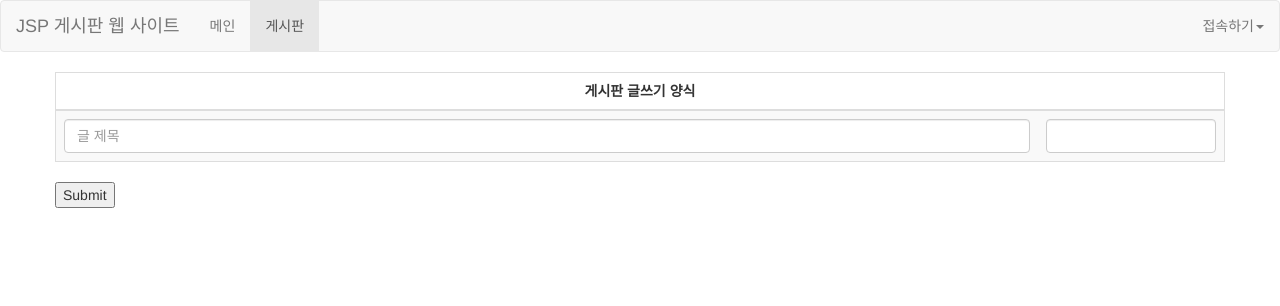
Repository: Jeongyounghyeon/JSP_board
Page: http://localhost/BBS/write.jsp
These files come from the project's save history. The page is drawn as it stood at one moment and after the next save; the edit follows.
The browser window is 1280 px wide. The pictures show the whole page.
Some web libraries are served in a nearby version. The page is served by Tomcat 9. Other server files are loaded and not shown.

Above is the page before, as saved 2022-04-06 13:04:44.

### projects/BBS/src/main/webapp/write.jsp
<%@ page language="java" contentType="text/html; charset=UTF-8"
    pageEncoding="UTF-8"%>
    <%@ page import = "java.io.PrintWriter" %>
<!DOCTYPE html>
<html>
<head>
<meta charset="UTF-8">
<meta name = "viewport" content = "width=device-width", initial-scale = "1">
<link rel = "stylesheet" href = "css/bootstrap.min.css">
<title>JSP 게시판 웹 사이트</title>
</head>
<body>
	<%
		String userID = null;
		if(session.getAttribute("userID") != null) {
			userID = (String) session.getAttribute("userID");
		}
	%>
	<nav class = "navbar navbar-default">
		<div class = "navbar-header">
			<button type = "button" class = "navbar-toggle collapsed"
				data-toggle = "collapse" data-target = "#bs-example-navbar-collapse-1"
				aria-expanded = "false">
				<span class = "icon-bar"></span>
				<span class = "icon-bar"></span>
				<span class = "icon-bar"></span>
			</button>
			<a class = "navbar-brand" href = "main.jsp">JSP 게시판 웹 사이트</a>
		</div>
		<div class = "collapase navbar-collapse" id = "bs-example-navbar-collapse-1">
			<ul class = "nav navbar-nav">
				<li><a href = "main.jsp">메인</a></li>
				<li class = "active"><a href = "bbs.jsp">게시판</a></li>
			</ul>
			<%
				if(userID == null) {
			%>
			<ul class = "nav navbar-nav navbar-right">
				<li class = "dropdown">
					<a href = "#" class = "dropdown-toggle"
						data-toggle = "dropdown" role = "button" aria-haspopup = "true"
						aria-expanded = "false">접속하기<span class = "caret"></span></a>
					<ul class = "dropdown-menu">
						<li><a href = "login.jsp">로그인</a></li>
						<li><a href = "join.jsp">회원가입</a></li>
					</ul>
				</li>
			</ul>
			<%
				} else{
			%>
			<ul class = "nav navbar-nav navbar-right">
				<li class = "dropdown">
					<a href = "#" class = "dropdown-toggle"
						data-toggle = "dropdown" role = "button" aria-haspopup = "true"
						aria-expanded = "false">회원관리<span class = "caret"></span></a>
					<ul class = "dropdown-menu">
						<li><a href = "logoutAction.jsp">로그아웃</a></li>
					</ul>
				</li>
			</ul>
			<%
				}
			%>
		</div>
	</nav>
	<div class = "container">
		<div class = "row">
			<table class = "table table-striped" style = "text-align: center; border: 1px solid #dddddd">
				<thead>
					<tr>
						<th colspan = "2" style = "backgound-color: #eeeeee; text-align: center;">게시판 글쓰기 양식</th>
					</tr>
				</thead>
				<tbody>
					<tr>
						<td><input type = "text" class = "form-control" placeholder = "글 제목" name = "bbsTitle" maxlength = "50"</td>
						<td><textaria type = "text" class = "form-control" placeholder = "글 내용" name = "bbsContent" maxlength = "2048" style = "heigh: 350px"</textaria></td>
					</tr>
				</tbody>
			</table>
			<input type = "submit" class = "btn-priamry pull-right>"글쓰기</a>
		</div>
	</div>
	<script src = "https://code.jquery.com/jquery-3.1.1.min.js"></script>
	<script src = "js/bootstrap.js"></script>
</body>
</html>

Loaded but not shown: projects/BBS/src/main/webapp/css/bootstrap.min.css (library); projects/BBS/src/main/webapp/js/bootstrap.js (library)

After the next save:
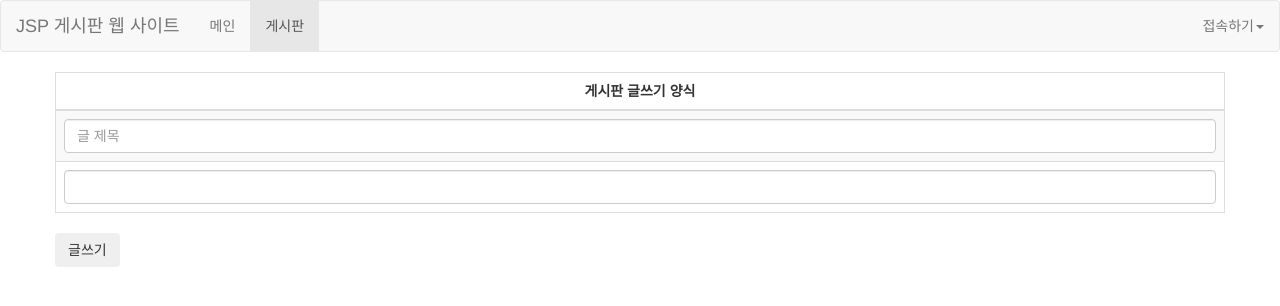
Saved 7 min 41 s later.
--- a/projects/BBS/src/main/webapp/write.jsp
+++ b/projects/BBS/src/main/webapp/write.jsp
@@ -66,7 +66,8 @@
 	</nav>
 	<div class = "container">
 		<div class = "row">
-			<table class = "table table-striped" style = "text-align: center; border: 1px solid #dddddd">
+		<form method = "post" action = "writeAction.jsp">
+		<table class = "table table-striped" style = "text-align: center; border: 1px solid #dddddd">
 				<thead>
 					<tr>
 						<th colspan = "2" style = "backgound-color: #eeeeee; text-align: center;">게시판 글쓰기 양식</th>
@@ -75,11 +76,16 @@
 				<tbody>
 					<tr>
 						<td><input type = "text" class = "form-control" placeholder = "글 제목" name = "bbsTitle" maxlength = "50"</td>
-						<td><textaria type = "text" class = "form-control" placeholder = "글 내용" name = "bbsContent" maxlength = "2048" style = "heigh: 350px"</textaria></td>
+					</tr>
+					<tr>
+						<td><textaria class = "form-control" placeholder = "글 내용" name = "bbsContent" maxlength = "2048" style = "heigh: 350px"</textaria></td>
 					</tr>
 				</tbody>
 			</table>
-			<input type = "submit" class = "btn-priamry pull-right>"글쓰기</a>
+			<input type = "submit" class = "btn btn-priamry pull-right>" value= "글쓰기"</a>
+		</form>
+
+
 		</div>
 	</div>
 	<script src = "https://code.jquery.com/jquery-3.1.1.min.js"></script>
